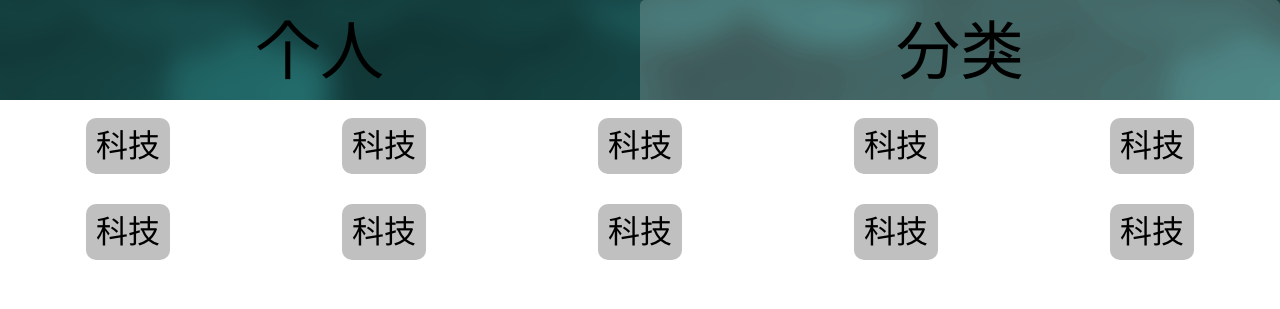
Repository: aoandxie/AoNews
Page: AoNews/WebContent/classify.html
The author's editor kept a copy of each file at every save. The page is drawn from the files as they stood at one save, then again after the next save.
The browser window is 1280 px wide. The pictures show the whole page.

Above is the page before, as saved 2017-03-05 16:09:12.

### AoNews/WebContent/classify.html
<!DOCTYPE html>
<html>
	<head>
		<meta charset="UTF-8">
		<title>Ao News 首页</title>
		<link type="text/css" rel="stylesheet" href="common_style.css">
	</head>
	<body>
		<div class="Top">
			<ul><a href="faction.html">个人</a></ul>
			<ul class="Now"><a>分类</a></ul>
		</div>
		<div class="ClassBoxContainer">
			<div class="ClassBox"><a>科技</a></div>
			<div class="ClassBox"><a>科技</a></div>
			<div class="ClassBox"><a>科技</a></div>
			<div class="ClassBox"><a>科技</a></div>
			<div class="ClassBox"><a>科技</a></div>
			<div class="ClassBox"><a>科技</a></div>
			<div class="ClassBox"><a>科技</a></div>
			<div class="ClassBox"><a>科技</a></div>
			<div class="ClassBox"><a>科技</a></div>
			<div class="ClassBox"><a>科技</a></div>
		</div>
	</body>
</html>

### AoNews/WebContent/common_style.css
@CHARSET "UTF-8";
/* common set */
*{
	margin: 0;
	border: 0;
	padding: 0;
	font-family: Arial, Helvetica, sans-serif;
}

a{
	text-decoration: none;
	color: #000;
}

/* Login & Register */
.Canvas{
	position: fixed;
	background-image: url("back.jpg");
	width: 100%;
	height: 100%;
}

.Form{
	position: fixed;
	background-color: rgba(255,255,255,.2);
	left: 35%;
	top: 30%;
	border-radius: 5px;
	border-width: 2px;
	border-color: #000000;
	border-style: solid;
	padding: 1em;
	margin: 2em;
	z-index: 255;
}

.Form label{
	font-size: 2em;
	margin-right: 1em;
	z-index: 255;
}

.Form input{
	height: 2em;
	width: 60%;
	font-size: 1em;
	border-style: groove;
	border-width: 2px;
	border-color: #000000;
}

.LineLabel{
	border-bottom-style: solid;
	border-bottom-width: 2px;
	border-bottom-color: #000000;
}

.Button{
	text-align: center;
	margin: 1em;
}

/* Faction & classify */
.Top{
	height: 100px;
	background-image: url("back.jpg");
	width: 100%;
	text-align: center;
}

.Top ul a{
	display: block;
	position: relative;
	float: left;
	width: 50%;
	height: 100px;
	font-size: 4em;
	border-top-left-radius: 5px;
	border-top-right-radius: 5px;
}

.Now a{
	background-color: rgba(255,255,255,.2);
}

/* Faction */
.News{
	text-align: left;
	display: block;
	color: #201f35;
	border-radius: 5px;
	border-width: 2px;
	border-color: #555753;
	border-style: solid;
	width: 250px;
	margin: 5px;
}

.News:HOVER{
	background-color: #888a85;
}

.News a{
	font-size: 2em;
	margin: 5px;
}

.News a:CHECKED{
	color: #201f35;
}

/* Classify */
.ClassBoxContainer{
	width: 100%;
	text-align: center;
}

.ClassBox{
	display: block;
	float: left;
	width: 20%;
	margin: 20px 0;
}

.ClassBox a{
	font-size: 2em;
	padding: 10px;
	border-radius: 10px;
	background-color: silver;
}

After the next save:
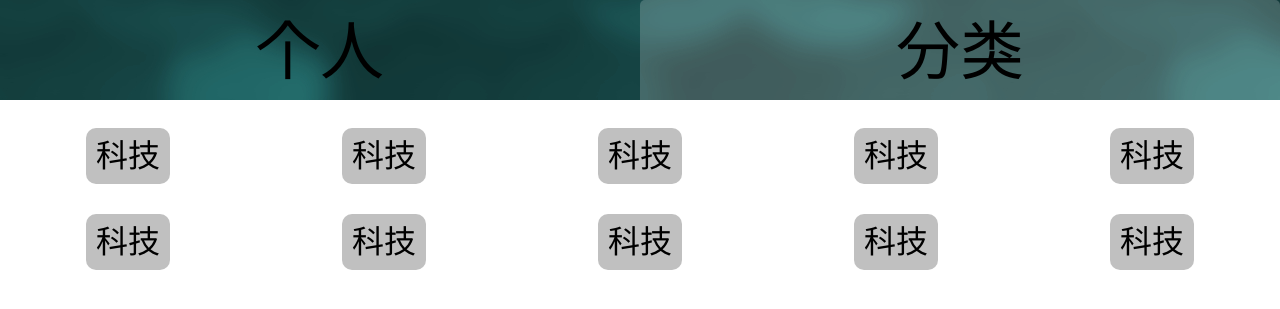
Saved 11 s later.
--- a/AoNews/WebContent/common_style.css
+++ b/AoNews/WebContent/common_style.css
@@ -111,6 +111,8 @@ a{
 
 /* Classify */
 .ClassBoxContainer{
+	position: relative;
+	top: 10px;
 	width: 100%;
 	text-align: center;
 }
